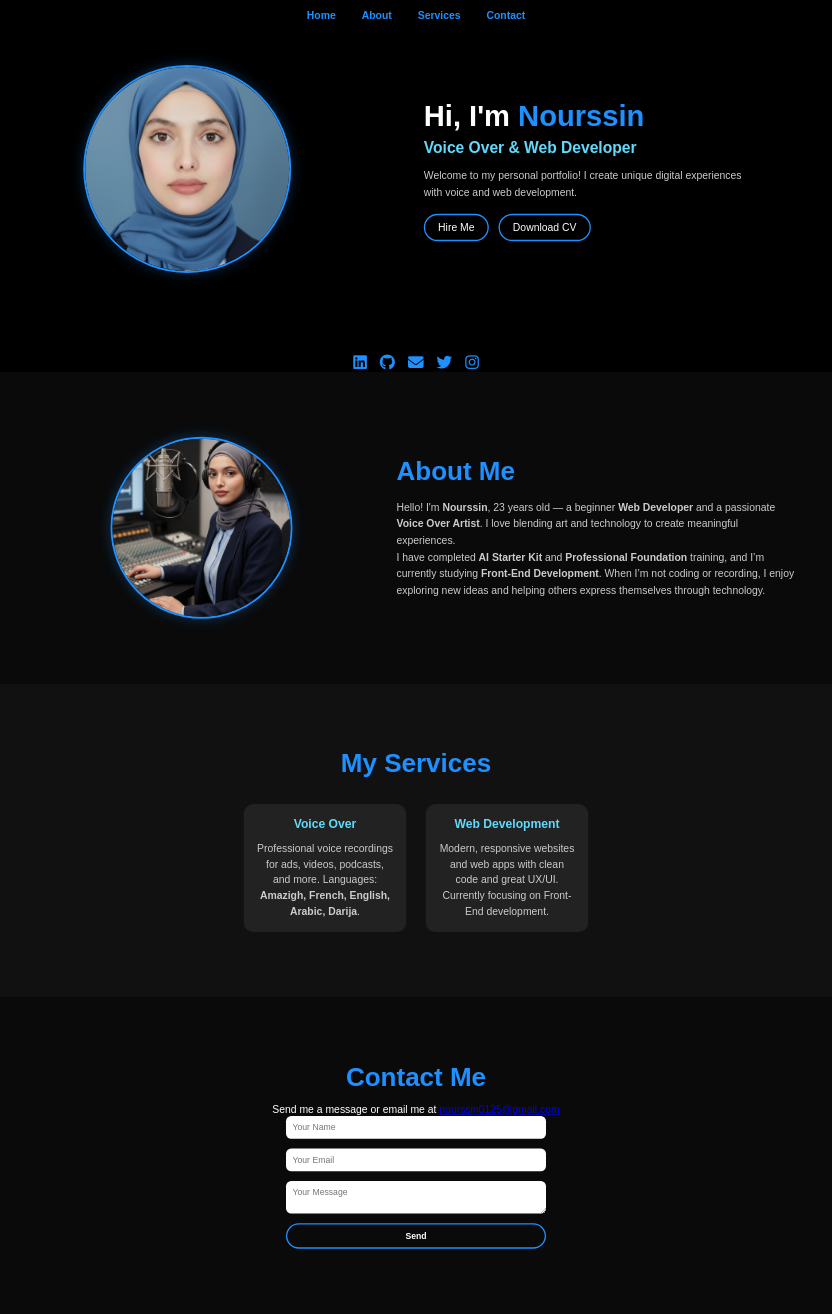
Repository: Abidar-Noura/portfolio
Page: index.html
An editor plug-in stored every save of this project. The page is shown before and after the next save, followed by the edit.
The browser window is 1280 px wide. The pictures show the whole page, at 65% of full size.

Above is the page before, as saved 2025-11-02 12:59:55.

After the next save:
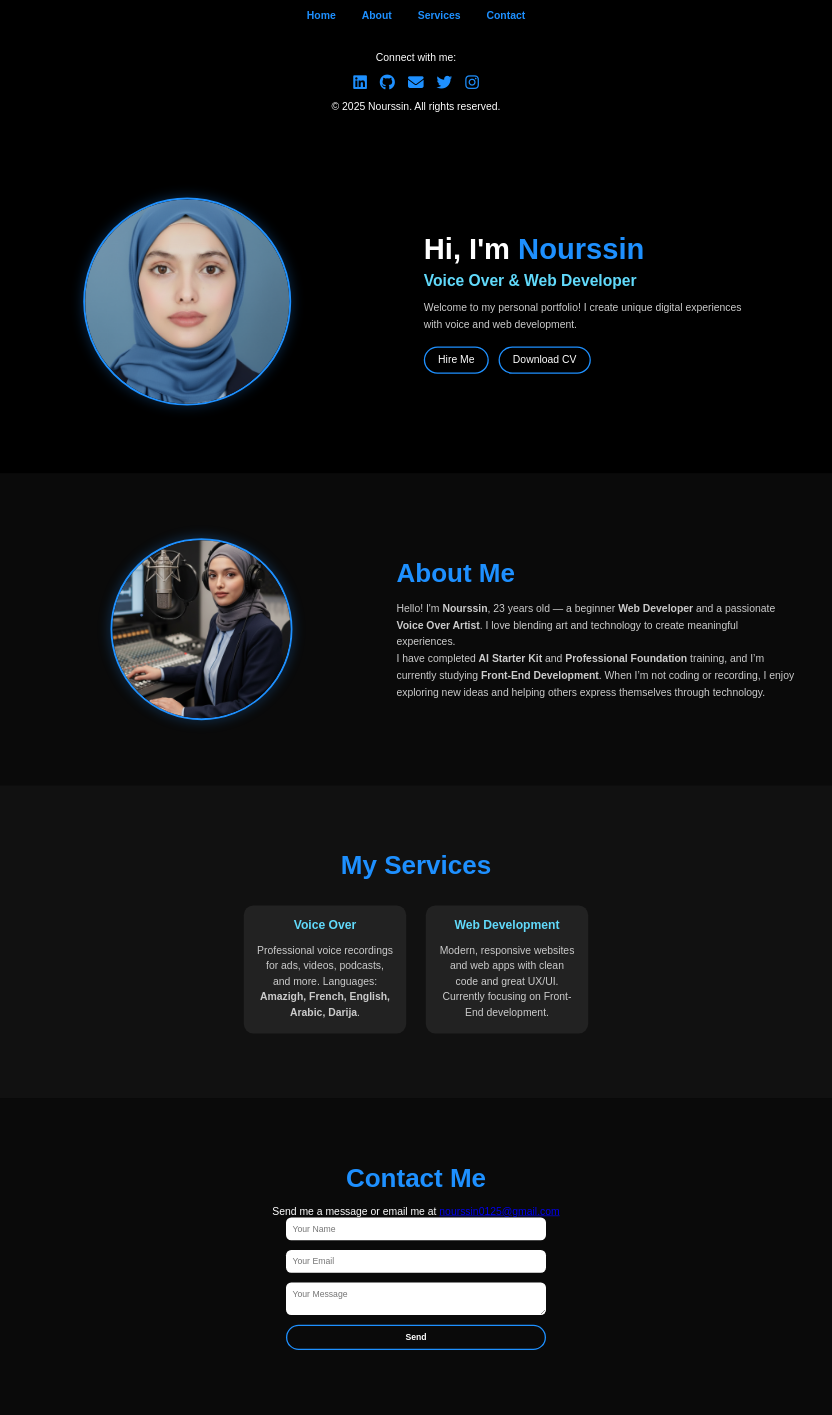
Saved 6 min 55 s later.
--- a/index.html
+++ b/index.html
@@ -7,6 +7,19 @@
   <title>Portfolio - Nourssin</title>
   <link rel="stylesheet" href="style.css">
 </head>
+<!-- ===== FOOTER ===== -->
+<footer>
+  <p>Connect with me:</p>
+  <div class="footer-socials">
+    <a href="https://www.linkedin.com/in/nourssin" target="_blank"><i class="fab fa-linkedin"></i></a>
+    <a href="https://github.com/Nourssin" target="_blank"><i class="fab fa-github"></i></a>
+    <a href="mailto:nourssin@example.com"><i class="fas fa-envelope"></i></a>
+    <a href="https://twitter.com/Nourssin" target="_blank"><i class="fab fa-twitter"></i></a>
+    <a href="https://instagram.com/Nourssin" target="_blank"><i class="fab fa-instagram"></i></a>
+  </div>
+  <p>&copy; 2025 Nourssin. All rights reserved.</p>
+</footer>
+
 <body>
 
   <!-- ===== HEADER / NAVIGATION ===== -->
@@ -37,13 +50,7 @@
       <img src="images/profile.png" alt="Nourssin Profile">
     </div>
   </section>
-  <div class="socials">
-  <a href="https://www.linkedin.com/in/nourssin" target="_blank"><i class="fab fa-linkedin"></i></a>
-  <a href="https://github.com/Nourssin" target="_blank"><i class="fab fa-github"></i></a>
-  <a href="mailto:nourssin@example.com"><i class="fas fa-envelope"></i></a>
-  <a href="https://twitter.com/Nourssin" target="_blank"><i class="fab fa-twitter"></i></a>
-  <a href="https://instagram.com/Nourssin" target="_blank"><i class="fab fa-instagram"></i></a>
-</div>
+
 
 
   <!-- ===== ABOUT SECTION ===== -->
--- a/style.css
+++ b/style.css
@@ -316,20 +316,28 @@ header nav ul li a:hover {
     justify-content: center;
   }
 }
-.socials {
-  margin-top: 20px;
-  display: flex;
+footer {
+  background-color: #000;
+  color: #fff;
+  text-align: center;
+  padding: 30px 20px;
+  margin-top: 50px;
+}
+
+.footer-socials {
+  display: flex;
+  justify-content: center;
   gap: 20px;
-  justify-content: center;
-}
-
-.socials a {
+  margin: 15px 0;
+}
+
+.footer-socials a {
   color: #1E90FF;
   font-size: 1.5rem;
   transition: 0.3s;
 }
 
-.socials a:hover {
+.footer-socials a:hover {
   color: #61dafb;
   transform: scale(1.2);
 }
